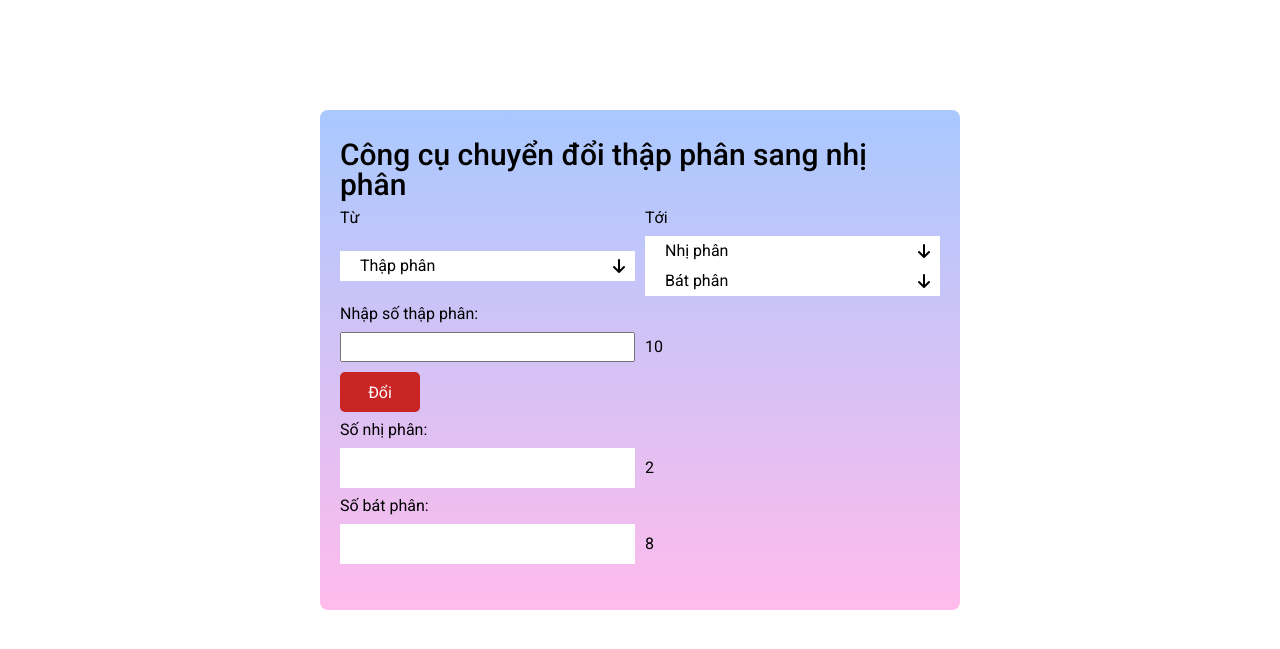
Repository: thuanpham00/covertNumber
Page: index.html
These files come from the project's save history. The page is drawn as it stood at one moment and after the next save; the edit follows.
The browser window is 1280 px wide. The pictures show the whole page.
Some web libraries are served in a nearby version. The style sheet was rebuilt from its Sass, Less or Tailwind sources for each picture, by a compiler version that may differ from the author's.

Above is the page before, as saved 2023-11-05 16:42:36.

After the next save:
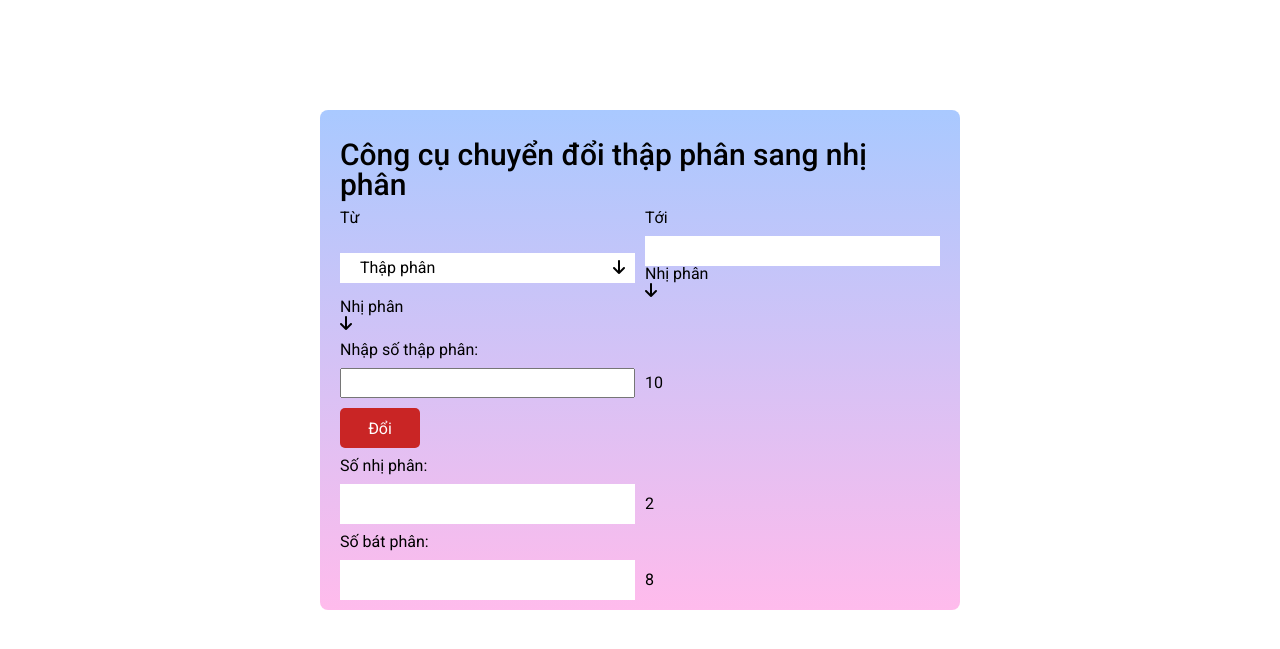
Saved 10 s later.
--- a/index.html
+++ b/index.html
@@ -29,17 +29,16 @@
                 </div>
 
                 <div class="row__list">
-                    <div class="row__type">
-                        <div class="row__item">Nhị phân</div>
-                        <div class="row__icon">
-                            <i class="fa-solid fa-arrow-down"></i>
-                        </div>
+                    <div class="row__type"></div>
+                    <div class="row__item">Nhị phân</div>
+                    <div class="row__icon">
+                        <i class="fa-solid fa-arrow-down"></i>
                     </div>
-                    <div class="row__type hidden">
-                        <div class="row__item">Bát phân</div>
-                        <div class="row__icon">
-                            <i class="fa-solid fa-arrow-down"></i>
-                        </div>
+                </div>
+                <div class="list">
+                    <div class="row__item">Nhị phân</div>
+                    <div class="row__icon">
+                        <i class="fa-solid fa-arrow-down"></i>
                     </div>
                 </div>
             </div>
